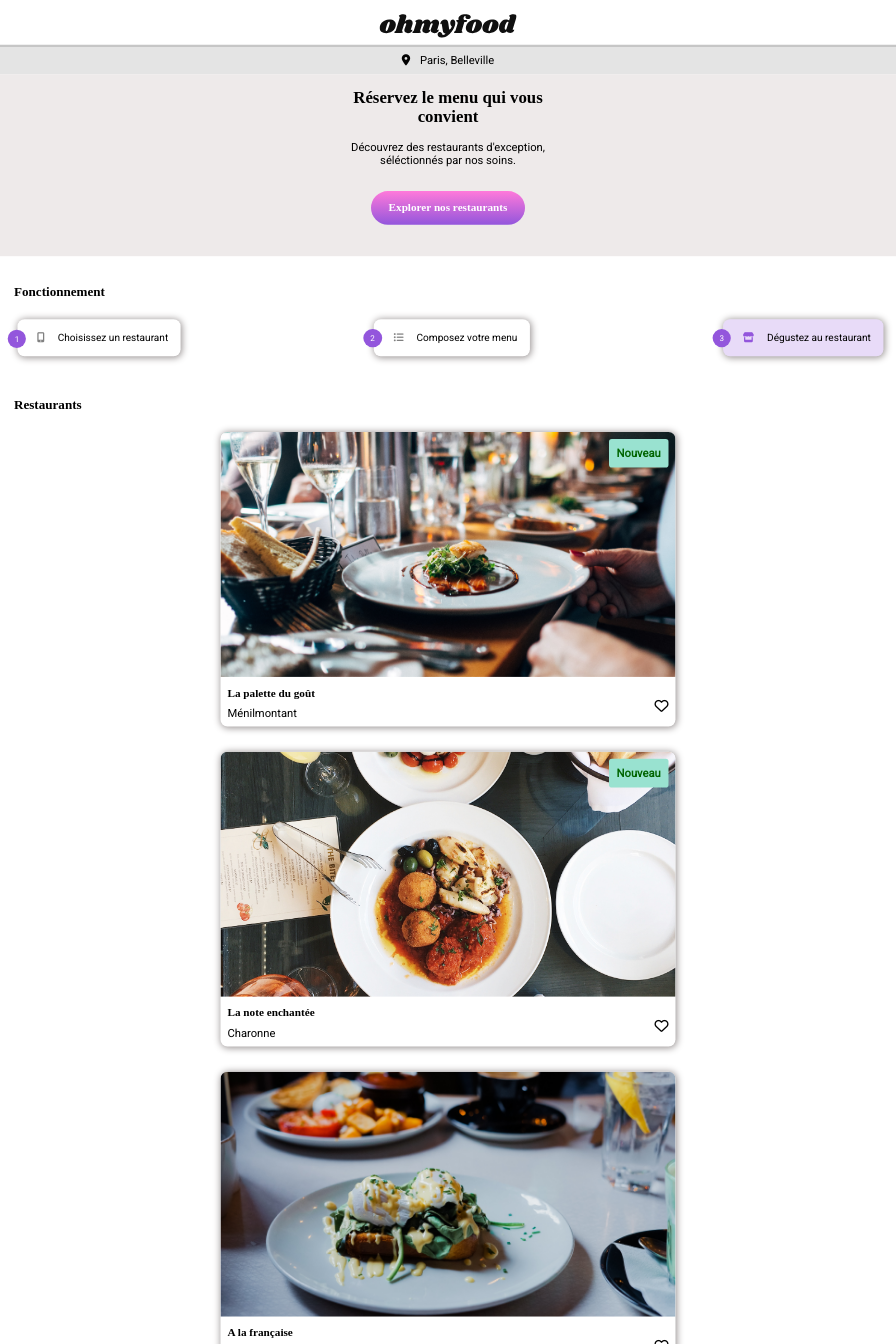
Repository: Micka-17/boimickael_3_16042021
Page: index.html
These files come from the project's save history. The page is drawn as it stood at one moment and after the next save; the edit follows.
The browser window is 1280 px wide. The pictures show the part of the page from y = 0 to 1920 px (the page is 2618 px tall), at 70% of full size.
Some web fonts or font styles are not loaded; a fallback is used. Some web libraries are served in a nearby version. The style sheet was rebuilt from its Sass, Less or Tailwind sources for each picture, by a compiler version that may differ from the author's.

Above is the page before, as saved 2021-05-26 09:58:07.

### index.html
<!DOCTYPE html>
<html lang="en">
  <head>
    <meta charset="UTF-8" />
    <meta http-equiv="X-UA-Compatible" content="IE=edge" />
    <meta name="viewport" content="width=device-width, initial-scale=1.0" />
    <link rel="stylesheet" href="css/style.css" />
    <script
      src="https://kit.fontawesome.com/7f2b024bdc.js"
      crossorigin="anonymous"
    ></script>
    <title>OhMyFood</title>
  </head>
  <body>
    <div id="backgroundloader">
      <div id="loader"></div>
    </div>
    <header>
      <div id="logo">
        <img src="images/logo/ohmyfood@2x.svg" alt="OhMyFood" />
      </div>
    </header>
    <section id="sec-1">
      <div id="top">
        <div id="paris">
          <p><i class="fas fa-map-marker-alt icon"></i> Paris, Belleville</p>
        </div>
        <div id="reservation">
          <h2 id="center-top1">Réservez le menu qui vous convient</h2>
          <p id="center-top2">
            Découvrez des restaurants d'exception, séléctionnés par nos soins.
          </p>
          <a id="btn" href="#sec-3">Explorer nos restaurants</a>
        </div>
      </div>
    </section>
    <section id="sec-2">
      <div class="fonctionnement">
        <h3 class="h3s">Fonctionnement</h3>
        <ul class="bolder">
          <li>
            <i class="fas fa-mobile-alt icon-top"></i> Choisissez un restaurant
            <p id="number1">1</p>
          </li>
          <li>
            <i class="fas fa-list-ul icon-top"></i> Composez votre menu
            <p id="number2">2</p>
          </li>
          <li id="li-3">
            <i class="fas fa-store icon-top-purple"></i> Dégustez au restaurant
            <p id="number3">3</p>
          </li>
        </ul>
      </div>
    </section>
    <section id="sec-3">
      <h3 class="h3s">Restaurants</h3>
      <div class="choice">
        <a href="pages/la_palette_du_gout.html">
          <div class="card">
            <p class="nouveau">Nouveau</p>
            <img
              id="new"
              class="imga"
              src="images/restaurants/la_palette_du_gout.jpg"
              alt="la_palette_du_gout"
            />
            <div class="resto">
              <div>
                <h4>La palette du goût</h4>
                <p class="space">Ménilmontant</p>
              </div>
              <div class="loveclcik">
                <i class="far fa-heart love fa-lg"></i>
                <i class="fas fa-heart loves3"></i>
              </div>
            </div>
          </div>
        </a>
        <a href="pages/la_note_enchantee.html">
          <div class="card">
            <p class="nouveau">Nouveau</p>
            <img
              class="imga"
              src="images/restaurants/la_note_enchantee.jpg"
              alt="la_note_enchantee"
            />
            <div class="resto">
              <div>
                <h4>La note enchantée</h4>
                <p class="space">Charonne</p>
              </div>
              <div class="loveclcik">
                <i class="far fa-heart love fa-lg"></i>
                <i class="fas fa-heart loves3"></i>
              </div>
            </div>
          </div>
        </a>
        <a href="pages/a_la_francaise.html">
          <div class="card">
            <img
              class="imga"
              src="images/restaurants/a_la_française.jpg"
              alt="a_la_française"
            />
            <div class="resto">
              <div>
                <h4>A la française</h4>
                <p class="space">Cité Rouge</p>
              </div>
              <div class="loveclcik">
                <i class="far fa-heart love fa-lg"></i>
                <i class="fas fa-heart loves3"></i>
              </div>
            </div>
          </div>
        </a>
        <a href="pages/le_delice_des_sens.html">
          <div class="card">
            <img
              class="imga"
              src="images/restaurants/le_delice_des_sens.jpg"
              alt="le_delice_des_sens"
            />
            <div class="resto">
              <div>
                <h4>Le delice des sens</h4>
                <p class="space">Folie-Méricourt</p>
              </div>
              <div class="loveclcik">
                <i class="far fa-heart love fa-lg"></i>
                <i class="fas fa-heart loves3"></i>
              </div>
            </div>
          </div>
        </a>
      </div>
    </section>
    <section class="end">
      <footer>
        <div>
          <h3 id="logo-white">ohmyfood</h3>
          <div class="end-ul">
            <p>
              <i class="fas fa-utensils icon-footer"></i> Proposer un restaurant
            </p>
            <p>
              <i class="fas fa-hands-helping icon-footer"></i> Devenir
              partenaire
            </p>
            <p>Mentions légales</p>
            <a id="contact" href="mailto:contact@ohmyfood.com"
              ><p>Contact</p></a
            >
          </div>
        </div>
      </footer>
    </section>
  </body>
</html>

### sass/style.scss
@import "./directories/Utils/variables-mixin";
@import "./directories/Base/main.scss";



ul {
    font-family: 'Roboto', sans-serif;
    font-size: 0.9em;
    @media (min-width: 430px) {
        max-width: 450px;
    }
        @media (min-width: 1000px) {
            display: flex;
            min-width: 100%;
            justify-content: space-between;
        }
}

/*#backgroundloader {
    position: absolute;
    top: 0;
    left: 0;
    background-color: $color3;
    min-width: 100%;
    height: 100vh;
    animation: loader2 3s;
    animation-fill-mode: both;
    animation-timing-function: step-end;
  }
#loader {
    position: absolute;
    height: 70px;
    top: 50%;
    right: 50%;
    bottom: 50%;
    left: 50%;
    width: 64px;
    height: 64px;
    border-radius: 50%;
    border: 6px solid rgb(255, 255, 255);
    border-color: $color1 transparent $color2 transparent;
    animation: dual-ring 0.8s infinite, loader 3s;
    animation-delay: 0.2s;
    animation-fill-mode: both;
  }
*/
#contact {
    color: white;
}

.spacediv p {
    font-family: 'Roboto', sans-serif;
    text-overflow: ellipsis;
    overflow: hidden;
    white-space: nowrap;
}

#logo {
    display: flex;
    justify-content: center;
    margin-top: 20px;
    margin-bottom: 10px;
}

#paris {
    display: flex;
    justify-content: center;
    border-top: solid 3px rgba(128, 128, 128, 0.301);
    min-width: 321px;
    padding-top: 10px;
    padding-bottom: 10px;
    background-color: rgba(128, 128, 128, 0.212);
        .icon {
            margin-right: 10px;
        }
}

#reservation {
    display: flex;
    justify-content: center;
    flex-direction: column;
    place-items: center;
    background-color: rgb(238, 234, 234);
    padding-bottom: 45px;
        #btn {
            @include btn();
                &:hover {
                    filter: brightness(1.10);
                    box-shadow: 0px 0px 10px 5px gray;
                }
        }
}

#center-top1 {
    text-align: center;
    margin-top: 20px;
    max-width: 350px;
}

#center-top2 {
    margin-top: 20px;
    margin-bottom: 20px;
    text-align: center;
    max-width: 350px;
}


.icon-top {
    color: gray;
    margin-right: 15px;
    margin-left: 10px;
}

.icon-top-purple {
    color: $color1;
    margin-right: 15px;
    margin-left: 10px;
}

#li-3 {
    background-color: #9256dc36;
}

li { position: relative;
    background-color: #ffffff;
    border-radius: 10px;
    padding: 18px;
    margin: 18px;
    margin-left: 25px;
    box-shadow: 1px 1px 10px 1px rgb(151, 145, 145);
        #number1 {
            position: absolute;
            top: 15px;
            left: -14px;
            background-color: $color1;
            border-radius: 50px;
            padding: 6px 10px;
            font-size: 0.8em;
            color: white;
        }
            #number2 {
                position: absolute;
                top: 14px;
                left: -15px;
                background-color: $color1;
                border-radius: 50px;
                padding: 6px 10px;
                font-size: 0.8em;
                color: white;
            }
                #number3 {
                    position: absolute;
                    top: 14px;
                    left: -15px;
                    background-color: $color1;
                    border-radius: 50px;
                    padding: 6px 10px;
                    font-size: 0.8em;
                    color: white;
                }
}
.space {
    margin-top: 10px;
    margin-bottom: 10px;
}
.card {
    background-color: #ffffff;
    border-radius: 10px;
    padding: 0px;
    margin: 18px;
    box-shadow: 1px 1px 10px 1px rgb(151, 145, 145);
    max-width: 100%;
}
.imga {
    object-fit: cover;
    border-radius: 10px 10px 0px 0px;
    width: 650px;
    height: 350px;
        @media (max-width:900px) {
            max-width: 100%;
        }
            @media (max-width:500px) {
                max-width: 100%;
            }
}
.card {
    position: relative;
}
.nouveau {
    position: absolute;
    padding: 0.7rem;
    border-radius: 0.25rem;
    color: darkgreen;
    font-weight: bold;
    right: 10px;
    top: 10px;
    background-color: #99e2d0;
}

.h3s {
    margin: 40px 0px 10px 20px;

}

.choice {
    display: flex;
    flex-direction: column;
    place-items: center;
    flex-wrap: wrap;
        .resto {
            display: flex;
            justify-content: space-between;
            align-items: center;
            margin: 10px;
        }
            @media (min-width: 630px) {
                flex-wrap: wrap;
                flex-direction: row;
                justify-content: center;
            }
                @media (min-width: 1350px) {
                    display: grid;
                    grid-template-rows: 50% 50%;
                    grid-template-columns: 50% 50%;
                }
}


footer {
    margin-top: 30px;
    padding: 10px;
    background-color: rgb(54, 54, 54);
    color: white;
        #logo-white {
            font-family: 'Shrikhand', cursive;
            font-weight: 300;
            margin-bottom: 15px;
            margin-left: 20px;
            margin-top: 10px;
        }
            li {
                background-color: transparent;
                border-radius: 0;
                padding: 5px;
                margin-left: 20px;
                box-shadow: none;
                display: flex;
                margin-top: 5px;
                margin-bottom: 5px;
            }
                .icon-footer {
                    max-width: 2px;
                    max-height: 2px;
                    margin-right: 25px;
                }
                    @media (min-width:1000px) {
                        padding: 40px;
                    }
}


//pages 2

.img-top {
    min-width: 100%;
    max-height: 510px;
}

.arrow {
    position: absolute;
    left: 20px;
    top: 30px;
    color: rgba(0, 0, 0, 0.801);
}
#margtitle {
    margin-left: 15px;
    max-width: 220px;
}
img {
    object-fit: cover;
}
.titlemargall {
    margin-top: 30px;
    margin-left: 15px;
    border-bottom: solid rgba(55, 224, 55, 0.541);
    max-width: 30px;
}
#middle {
    position: absolute;
    top: 240px;
    min-width: 100%;
    min-height: 980px;
    background-color: rgb(231, 229, 229);
    border-radius: 20px 20px 0px 0;
    padding-top: 30px;
     .entrees {
        @include centre();
        @include capsule();
     }
        .bold {
            font-weight: bold;
            font-size: 1em;
        }
        .bolder {
            font-weight: bold;
            font-size: 0.6m;
                @media (min-width: 1000px) {
                    margin: 15px;
                }
        }
            p {
                font-size: 0.7em;
            }
                .loves1 {
                    position: absolute;
                    right: 15px;
                    color: gray
                }
}

.loves2 {
    display: none;
    opacity: 0;
    background: linear-gradient(0deg,#9356dc,#ff79da);
    background-clip: text;
    -webkit-background-clip: text;
    -moz-background-clip: text;
    -webkit-text-fill-color: transparent;
    position: absolute;
    right: 15px;
}
#margtitle:hover .loves2 {
    animation: fadeout;
    opacity: 1;
    animation-duration: .5s;
    display: inline-block;
    justify-content: center;
}

.loves3 {
    display: none;
    opacity: 0;
    background: linear-gradient(0deg,#9356dc,#ff79da);
    background-clip: text;
    -webkit-background-clip: text;
    -moz-background-clip: text;
    -webkit-text-fill-color: transparent;
    position: absolute;
    right: 9px;
    bottom: 18px;
}
.loveclcik:hover .loves3 {
    animation: fadeout2;
    opacity: 1;
    animation-duration: .5s;
    display: inline-block;
    justify-content: center;
    font-size: 1.5em;
}

#entrees {
    animation: slideup 1s;
    animation-duration: 1s;
}
#plats {
    animation: slideup 1s;
    animation-duration: 5s;
}
#desserts {
    animation: slideup 1s;
    animation-duration: 8s;
}


.entrees, .plats, .desserts {
    cursor: pointer;
        @media (max-width:321px) {
            width: 300px;
        }
        @media (max-width:378px) {
            max-width: 100%;
        }
        @media (max-width:414px) {
            max-width: 100%;
        }
        @media (min-width: 1000px) {
            min-width: 30%;
            min-height: 90px;
            width: 100%;
        }
}

.spacediv {
    width: 100%;
    overflow: hidden;
    @include spacediv();
        @media (min-width: 1000px) {
            justify-content: space-evenly;
        }
}
.plats {
    @include capsule();
    @include centre();
}
.desserts {
    @include capsule();
    @include centre();
}

.responsive {
    @media (min-width: 1000px) {
        display: flex;
        justify-content: center;
    }
}

.responsive-entrees {
    @media (min-width: 1000px) {
        display: flex;
        justify-content: center;
        flex-wrap: wrap;
    }
}

#btnp2 {
    @include btn();
    margin-top: 40px;
        &:hover {
            filter: brightness(1.10);
            box-shadow: 0px 0px 10px 5px gray;
        }
         @media (min-width: 1000px) {
            margin-top: 150px;
         }
}

#placement-btn {
    display: flex;
    justify-content: center;
    place-items: center;
}

.end1 {
    position: absolute;
    top: 1151px;
    min-width: 100%;
}

.end {
    position: absolute;
    min-width: 100%;
}

.end-ul {
        @media (min-width: 430px) {
        max-width: 450px;
    }
        @media (min-width: 1000px) {
            display: flex;
            min-width: 100%;
            flex-direction: row;
            justify-content: space-evenly;
        }
}

.end-ul p {
    margin: 8px;
}

//page la note enchantee

 .align-price{
    display: flex;
    align-items: flex-end;
    margin-bottom: 8px;
    margin-right: 8px;
}

.check {
    width: 0px;
    transition-duration: 1s;
    font-size: 1.5em;
     & i {
        display: none;
        place-items: center;
        color: white;
     }
}

.entrees:hover .check {
    width: 90px;
    height: 51px;
    background-color: $color3;
    display: flex;
    justify-content: center;
    border-radius: 0 20% 20% 0;
        @media (max-width: 1000px) {
            width: 65px;
        }
            & .rotation {
                display: flex;
                place-items: center;
            }
                & .rond {
                    display: flex;
                    place-items: center;
                    transform-origin: center;
                    animation: spin;
                    animation-duration: 1s;
                }
                    @media (min-width: 1000px) {
                        height: 90px;
                        border-radius: 0 10% 10% 0;
                    }
}


.plats:hover .check {
    width: 90px;
    height: 51px;
    background-color: $color3;
    display: flex;
    justify-content: center;
    border-radius: 0 20% 20% 0;
        @media (max-width: 1000px) {
            width: 65px;
        }
            & .rotation {
                display: flex;
                place-items: center;
            }
                & .rond {
                    display: flex;
                    place-items: center;
                    transform-origin: center;
                    animation: spin;
                    animation-duration: 1s;
                }
                    @media (min-width: 1000px) {
                        height: 90px;
                        border-radius: 0 10% 10% 0;
                    }
}

.desserts:hover .check {
    width: 90px;
    height: 51px;
    background-color: $color3;
    display: flex;
    justify-content: center;
    border-radius: 0 20% 20% 0;
        @media (max-width: 1000px) {
            width: 65px;
        }
            & .rotation {
                display: flex;
                place-items: center;
            }
                & .rond {
                    display: flex;
                    place-items: center;
                    transform-origin: center;
                    animation: spin;
                    animation-duration: 1s;
                }
                    @media (min-width: 1000px) {
                        height: 90px;
                        border-radius: 0 10% 10% 0;
                    }
}

### sass/directories/Utils/_variables-mixin.scss
$color1: #9356DC;
$color2: #FF79DA;
$color3: #99E2D0;

@mixin centre {
    display: flex;
    justify-content: space-between;
}

@mixin capsule {
    background-color: whitesmoke;
    border-radius: 10px;
    box-shadow: 1px 1px 10px 1px rgb(226, 226, 226);
    margin: 10px;
    overflow: hidden;
}
 @mixin spacediv {
    min-height: 35px;
    display: flex;
    flex-direction: column;
    justify-content: space-between;
    padding: 8px;
 }
@mixin btn {
    background: linear-gradient($color2, $color1);
    border-radius: 50px;
    border: none;
    box-shadow: gray;
    color: white;
    font-weight: bold;
    max-width: 200px;
    min-width: 200px;
    margin-top: 15px;
    padding: 15px 10px;
    text-align: center;
    text-decoration: none
}

@keyframes fadein {
    from {
        transform: scaleX(0);
    }

    to {
        transform: scaleX(1);
    }
}

@keyframes fadeout {
    from {
        transform: scaleY(0);
    }

    to {
        transform: scaleY(1);
    }
}
@keyframes fadeout2 {
    from {
        transform: scale(0);
    }

    to {
        transform: scale(1.5);
    }
}

@keyframes spin {
    from {
        transform: rotate(0deg);
    } to {
        transform: rotate(360deg);
    }
}

@keyframes slideup {
    from {
        transform: translateY(50px);
        opacity: 0;
    }
    to {
        transform: translateY(0px);
        opacity: 1;
    }
}


 @keyframes dual-ring {
    0% {
      transform: rotate(0deg);
      opacity: 100%;
    }
    50% {
        transform: rotate(180deg);
        opacity: 10%;
      }
    100% {
      transform: rotate(360deg);
      opacity: 100%;
    }
  }

@keyframes loader {
    0% {
    opacity: 100%;
    }
    99% {
        opacity: 100%;
    }
    100% {
        opacity: 100%;
    }
}

@keyframes loader2 {
    0% {
    opacity: 100%;
    z-index: 9999;
    }
    99% {
        opacity: 0;
        z-index: -1000;
    }
    100% {
        opacity: 0;
        z-index: -1000;
    }
}

### sass/directories/Base/main.scss
@import url('https://fonts.googleapis.com/css2?family=Roboto&family=Shrikhand&display=swap');

* {
    margin: 0;
    padding: 0;
    text-decoration: none;
    list-style-type: none;
}
#margtitle {
    font-family: Shrikhand;
    font-weight: 100;
    font-size: 1.2em;
}
p {
    font-family: 'Roboto', sans-serif;
}
a {
    text-decoration: none;
    list-style: none;
    color: rgb(0, 0, 0);
}

After the next save:
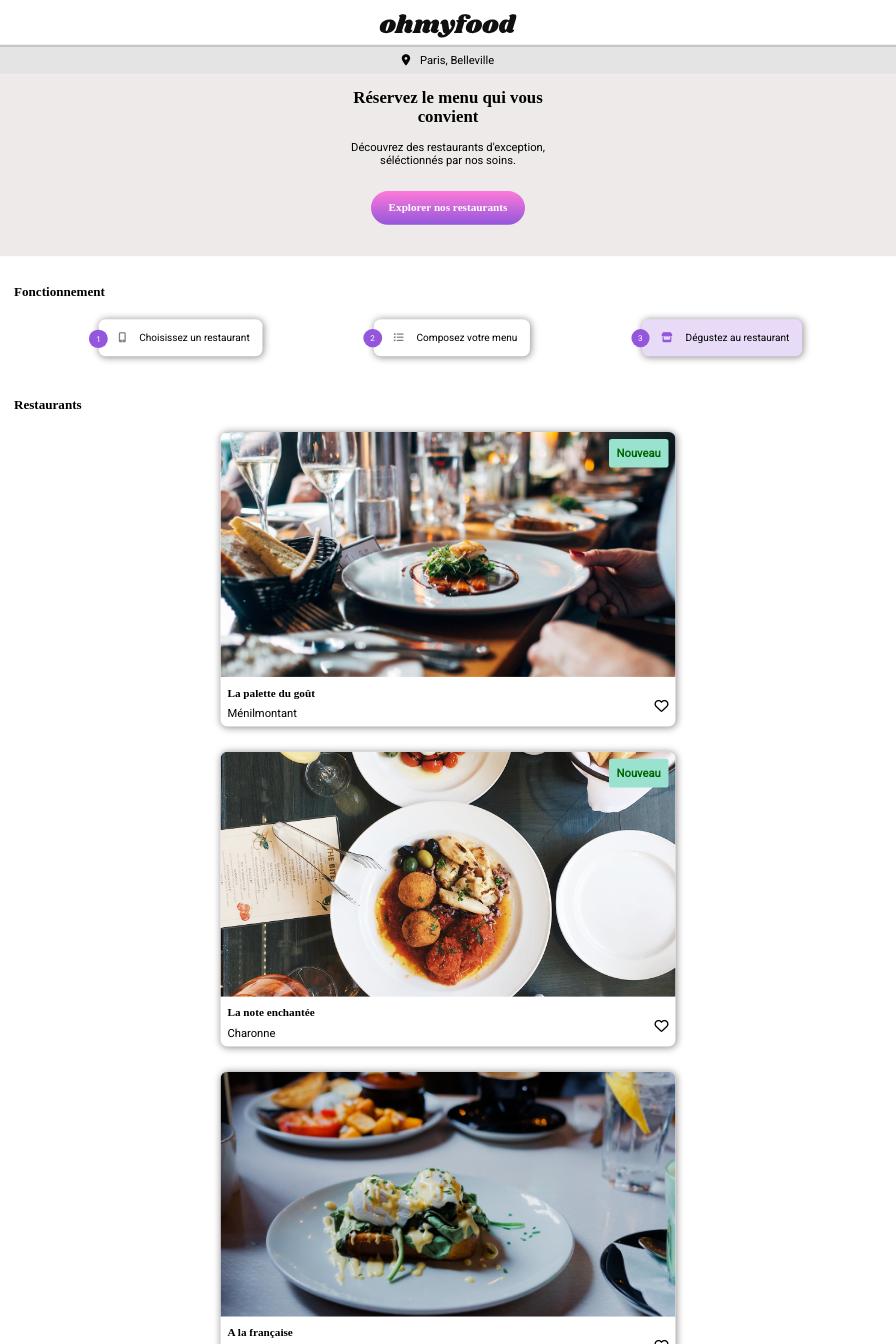
Saved 6 s later.
--- a/sass/style.scss
+++ b/sass/style.scss
@@ -12,7 +12,7 @@ ul {
         @media (min-width: 1000px) {
             display: flex;
             min-width: 100%;
-            justify-content: space-between;
+            justify-content: space-evenly;
         }
 }
 
